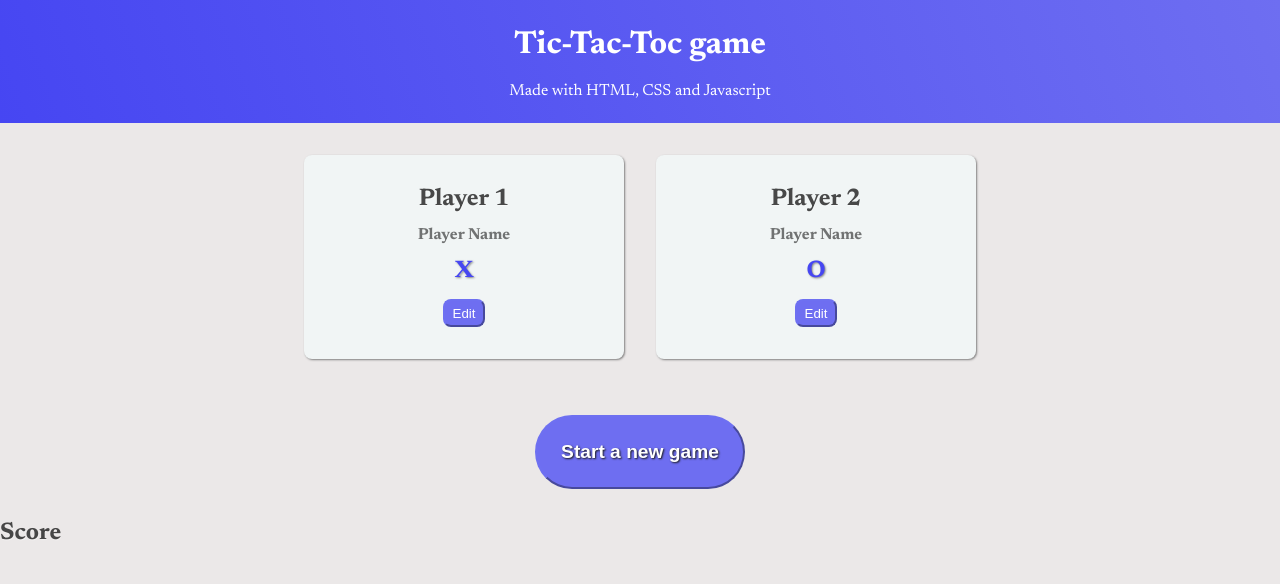
Repository: MicTomm/Tic-tac-toe-game
Page: index.html
An editor plug-in stored every save of this project. The page is shown before and after the next save, followed by the edit.
The browser window is 1280 px wide. The pictures show the whole page.

Above is the page before, as saved 2023-06-26 19:06:44.

### index.html
<!DOCTYPE html>
<html lang="en">

<head>
    <meta charset="UTF-8">
    <meta name="viewport" content="width=device-width, initial-scale=1.0">
    <title>Tic-Tac-Toe</title>
    <link rel="preconnect" href="https://fonts.googleapis.com">
    <link rel="preconnect" href="https://fonts.gstatic.com" crossorigin>
    <link href="https://fonts.googleapis.com/css2?family=Newsreader:wght@400;700&display=swap" rel="stylesheet">
    <link href="/styles/styles.css" rel="stylesheet">
    <link href="/styles/overlay.css" rel="stylesheet">
    <link href="/styles/game-configuration.css" rel="stylesheet">
    <link href="/styles/game-execution.css" rel="stylesheet">
    <script src="/scripts/configuration.js" defer></script>
    <script src="/scripts/game.js" defer></script>
    <script src="/scripts/app.js" defer></script>
</head>

<body>
    <div id="back-drop"></div>
    <header id="main-header">
        <h1>Tic-Tac-Toc game</h1>
        <p>Made with HTML, CSS and Javascript</p>
    </header>
    <main>
        <aside id="aside-container">
            <header id="id=" aside-header>
                <h2>Chose your name</h2>
            </header>
            <form>
                <div id="aside-input-container">
                    <label for="choosing-player-name" id="choosing-player-name-label">Player name</label>
                    <input type="text" id="choosing-player-name" name="player-name" required>
                    <div id = "input-validation-error-container">
                        <svg xmlns="http://www.w3.org/2000/svg" fill="none"
                        viewBox="0 0 24 24" stroke-width="1.5" stroke="currentColor" class="w-6 h-6">
                        <path stroke-linecap="round" stroke-linejoin="round"
                            d="M12 9v3.75m9-.75a9 9 0 11-18 0 9 9 0 0118 0zm-9 3.75h.008v.008H12v-.008z" />
                        </svg>
                        <p id="input-validation-error"></p>
                    </div>

                </div>
                <div id="aside-buttons-container">
                    <button type="button" class="btn alternative-btn" id="cancel-btn">
                        Cancel
                    </button>
                    <button type="submit" class="btn">Confirm</button>
                </div>
            </form>
        </aside>
        <section id="game-configuration">
            <div id="game-configuration-container">
                <article>
                    <div id="player1-container">
                        <h2>Player 1</h2>
                        <p id="player1-name">Player Name</p>
                        <p class="symbol">X</p>
                        <button id="edit-p1-btn" class="btn" data-playerid="1">Edit</button>
                    </div>
                </article>
                <article>
                    <div id="player2-container">
                        <h2>Player 2</h2>
                        <p id="player2-name">Player Name</p>
                        <p class="symbol">O</p>
                        <button id="edit-p2-btn" class="btn" data-playerid="2">Edit</button>
                    </div>
                </article>
            </div>
            <div id="start-game-container">
                <button type="button" id="start-game-btn" class="btn">Start a new game</button>
            </div>
        </section>

        <div id="score-container">
            <h2>Score</h2>
            <div id="p1-score">
                <p><span></span></p>
            </div>
            <div id="p2-score">
                <p><span></span></p>
            </div>
        </div>

        <section id="game-execution">



            <article id="game-over">
                <h2>You won, <span id="winner-player-name">PLAYER NAME</span>!</h2>
                <p>Click the "Start New Game" button above, to start a new game!</p>
            </article>

            <p id="p-turn">It's your turn <span id="active-player-name">PLAYER NAME</span> !</p>
            <ol id="game-board">
                <li value="1"></li>
                <li value="2"></li>
                <li value="3"></li>

                <li value="4"></li>
                <li value="5"></li>
                <li value="6"></li>

                <li value="7"></li>
                <li value="8"></li>
                <li value="9"></li>
            </ol>
        </section>
        </section>
    </main>

</body>

</html>

### styles/styles.css
body {
    margin: 0;
    background-color: rgb(235, 232, 232);
    font-family: 'Newsreader', serif;
    color: rgb(27, 27, 27);
}

h2 {
    margin: 0rem;
    color: rgb(27, 27, 27, 0.8);
    text-shadow: .5px .5px 1px rgba(255, 255, 255, 0.5);
}

#main-header {
    background: linear-gradient(70deg, rgb(70, 70, 242), rgb(110, 110, 241));
    color: white;
    padding: 0.5rem 5%;
    text-align: center;
}

.btn {
    background-color: rgb(110, 110, 241);
    border-color: rgb(110, 112, 241);
    color: white;
    border-radius: 8px;
    padding: 0.3rem 0.5rem;
    cursor: pointer;
}

.alternative-btn {
    background-color: rgb(223, 223, 239);
    border-color: transparent;
    color: rgb(27, 27, 27);
    margin: 0.5rem;
}

.btn:hover {
    background-color: rgb(127, 127, 233);
    box-shadow: 1px 1px 2px rgb(27, 27, 27);
}

.alternative-btn:hover {
    background-color: rgb(210, 210, 235);
    border-color: rgb(205, 205, 233);
}

aside h2,
aside label {
    color: rgb(110, 110, 241);
    text-shadow: .5px .5px 1px rgb(27, 27, 27, 0.5);
}

form label {
    display: block;
    margin-bottom: .5rem;
}

form input {
    padding: .3rem;
    border-color: transparent;
    border-radius: 8px;
    font-family: inherit;
}

form input:hover,
form input:focus {
    outline: rgb(110, 110, 241) auto 1px;
}

form #aside-buttons-container {
    display: flex;
    flex-flow: row;
    justify-content: center;
    align-items: center;
    margin: .5rem;
}

### styles/overlay.css
#aside-container {
text-align: center;
    background-color: rgb(241, 245, 245);
    width: 90%;
    margin: 0rem auto;
    border-radius: .6rem;
    padding: .5rem 0rem;
    position: fixed;
    top: 25%;
    left: 5%;
    display: none;
}

#back-drop {
    background-color: rgba(86, 78, 78, 0.5);
    width: 100%;
    height: 100%;
    position: fixed;
    display: none;
}

aside h2,
aside label {
    color: rgb(110, 110, 241);
    text-shadow: .5px .5px 1px rgb(27, 27, 27, 0.5);
}

form label {
    display: block;
    margin-bottom: .5rem;
}

.choosing-player-name-label-error{
    color: red;
}

form input {
    padding: .3rem;
    border-color: transparent;
    border-radius: 8px;
    font-family: inherit;
    font-weight: 700;
    color: rgb(27, 27, 27, 0.7);
    text-align: center;
    width: 40%;
    margin: .1rem 30%;
}

.choosing-player-name-error{
    border-color:red;
    background-color: rgb(244, 183, 183);
}

form input:hover,
form input:focus {
    outline: rgb(110, 110, 241) auto 1px;
}

form #aside-buttons-container {
    display: flex;
    flex-flow: row;
    justify-content: center;
    align-items: center;
    margin: .5rem;
}

#input-validation-error-container{
    height: 1rem;
    width: 40%;
    margin: .1rem 30%;
    display: none;
    color: red;
}

#input-validation-error{
    font-size: .8rem;
    margin: 0 0 0 .2rem;
    padding-top: 0.2rem;
}

svg{
    height: 1rem;
    width: 1rem;
}

@media (min-width: 48rem) {

    #aside-container {
        position: fixed;
        top: 25%;
        left: calc(50% - 20rem);
        width: 40rem;
    }

}

### styles/game-configuration.css
#game-configuration{
    display: flex;
    flex-flow: column;
    align-items: center;
    margin: 2rem auto;
    width: 90%;
}

#game-configuration-container{
    display: flex;
    flex-flow: row;
    justify-content: center;
    align-items: center;
    margin-bottom: 3.5rem;
}

#player1-container,
#player2-container{
    background-color: rgb(241, 245, 245);
    margin: 0rem 1rem;
    padding: 2rem 0rem;
    display: flex;
    flex-flow: column;
    justify-content: center;
    align-items: center;
    width: 20rem;
    border-radius: 8px;
    box-shadow: 1px 1px 2px rgb(27, 27, 27, 0.5);
}

#game-configuration p{
    color: rgb(27, 27, 27, 0.6);
    font-weight: bold;
}

#game-configuration .symbol{
    margin: 0rem 0rem 1rem 0rem;
    font-weight: 700;
    font-size: 1.5rem;
    color: rgb(70, 70, 242);
    text-shadow: 1px 1px 2px rgb(27, 27, 27, 0.5);
}

#start-game-container{
    display: block;

}

#start-game-btn{
    padding: 1.5rem;
    border-radius: 20rem;
    font-size: 1.2rem;
    font-weight: 700;
    text-shadow: 1px 1px 2px rgb(27, 27, 27);
    cursor: pointer;
}

#start-game-btn:hover{
    background: linear-gradient(70deg, rgb(152, 228, 40), rgb(70, 70, 242));
}

### styles/game-execution.css
#game-execution{
    width: 90%;
    margin: 2rem auto;
    text-align: center;
    display: none;
}

#game-over{
    display: none;
    margin: 0rem auto;
    padding: 1rem;
    background: linear-gradient(70deg, rgb(68, 68, 248), rgb(143, 143, 242));
    border-radius: 10px;
    box-shadow: 1px 1px 2px rgb(27, 27, 27, 0.5);
    max-width: 40rem;
}

#game-over p{
    color: white;
    text-shadow: .5px .5px 1px rgb(27, 27, 27, 0.5);
    font-weight: 400;
}

#p-turn{
    color: rgb(67, 74, 67);
    font-weight: 700;
    font-size: 1.5rem;
    text-shadow: .5px .5px 1px rgb(27, 27, 27, 0.8);
    display: none;
}

#active-player-name{
    color: rgb(38, 177, 38);
}

#game-board{
    display: none;
    justify-content: center;
    grid-template-columns: repeat(3, 6rem); /*lo stesso che scrivere 6rem 6rem 6rem*/
    grid-template-rows: repeat(3, 6rem);
    list-style: none;
    gap: .5rem;
    padding: 0rem;
}

#game-execution li{
    background-color: rgb(143, 143, 242);
    display: flex;
    justify-content: center;
    align-items: center;
    color: rgb(27, 27, 27, 0.5)l;
    font-weight: 700;
    text-shadow: .5px .5px 1px rgb(255, 255, 255, 0.7);
    font-size: 2rem;
    border-radius: 8px;
    cursor: pointer;
}

#game-execution li:hover{
    background-color: rgb(68, 68, 248);
    text-shadow: .5px .5px 1px rgb(27, 27, 27);
    color: white;
}

#game-execution li.disabled{
    background-color: rgb(68, 68, 248);
    text-shadow: .5px .5px 1px rgb(27, 27, 27);
    cursor: default;
    color: white;
}

### scripts/configuration.js
function editPlayerConfiguration(event) {
    /**
     * playerid è un attributo che realizzo nel file .html (data-playerid), per gli elementi edit-p1-btn
     * e edit-p2-btn, al fine di tracciare quale dei due button-edit sto cliccando, ed utilizzarne
     * l'identificativo estrapolato in js.
     *
     * Si possono aggiungere più attributi(proprietà) allo stesso elemento.
     *
     * l'attributo si realizza sempre facendo succedere una o più stringhe di testo alla stringa 'data-'.
     * Bisogna scrivere le stringhe tutto in minuscolo perché, se faccio console.dir(event), facendo
     * drilling fino alla voce target, posso constatare che, anche se scrivo in camelcase, l'attributo
     * viene registrato tutto in lowercase.
     *
     * Se voglio scrivere invece che data-playerid, data-player-id, nel codice js devo poi estrapolarlo come:
     * event.target.dataset['player-id']
     */
    const playerIdSelected = event.target.dataset.playerid;
    playerId = playerIdSelected;

    isNotToCancel = false;

    console.log(players[playerId - 1].name);

    if (players[playerId - 1].name){
        inputValidationInput.value = players[playerId - 1].name;
    } else {
        inputValidationInput.value = '';
    }

    console.log(playerId);


    overlay.style.display = 'block';
    backdrop.style.display = 'block';


}

function cancelPlayerConfiguration() {
    overlay.style.display = 'none';
    backdrop.style.display = 'none';
    removeInputError();

    console.log(isNotToCancel);

    if(!isNotToCancel){
        console.log('to cancel');
        players[playerId - 1].name = '';
        console.log(players[playerId - 1].name);

        if(playerId == players[playerId - 1].id){
            player1Name.textContent = 'Player Name';
        } else {
            player2Name.textContent = 'Player Name';
        }
    }
}

function savePlayerConfig(event) {
    /*
    preventDefault() evita che venga eseguito il comportamento di default quando viene inviato
    il form.
    Tale comportamento consiste nell' inviare una richiesta GET al web server che la processerà,
    nel mio caso il server locale.
    */
    event.preventDefault();

    /*
    event è un oggetto js generato automaticamente dal browser al verificarsi di un evento, e che lo
    descrive.
    Con l'attributo target, si punta direttamente all'elemento HTML che ha generato l'evento.
    In questo caso il form, perché è stato il form ad essere inviato.

    new FormData è una built-in function che è resa disponibile direttamente nel browser in js.
    Con 'new', istanzio un oggetto di tipo FormData, e passandogli come parametro il pointer al form,
    posso estrapolare tutte le informazioni submitted che, in HTML presentano l'ttributo 'name' nel
    rispettivo input-element.
    */
    const formData = new FormData(event.target);
    playerName = formData.get('player-name').trim();
    console.log('Player name: ' + playerName);

    /*  Una stringa vuota è un falsy-value
    Una stringa che ha un valore è un truly-value
    Quindi, sto dicendo: se la stringa non è truly
    */
    if (!playerName) {

        inputValidationLabel.classList.add('choosing-player-name-label-error');
        inputValidationInput.classList.add('choosing-player-name-error');

        inputValidationErrorContainer.style.display = 'flex';
        inputValidationErrorContainer.style.flexFlow = 'row';
        inputValidationErrorContainer.style.justifyContent = 'center';
        inputValidationErrorContainer.style.alignItems = 'center';
        inputValidationErrorParagraph.textContent = 'Please, enter valid a name!';
        return;
    }
    else {
        removeInputError();

        players[playerId - 1].name = playerName;


        if (playerId == 1) {
            player1Name.textContent = playerName;
        } else {
            player2Name.textContent = playerName;
        }

        isNotToCancel = true;

        cancelPlayerConfiguration();
    }

}

function removeInputError() {
    inputValidationErrorContainer.style.display = 'none';
    inputValidationInput.classList.remove('choosing-player-name-error');
    inputValidationLabel.classList.remove('choosing-player-name-label-error');
}

### scripts/game.js
function startNewGame() {
    if (players[0].name === '' || players[1].name === '') {
        alert('Please, set a custom player name');
        return;
    }

    gameExecutionSection.style.display = 'block';
    gameBoard.style.display = 'grid';
    gameOver.style.display = 'none';
    pPlayerTurn.style.display = 'block';
    spanPlayerTurn.textContent = players[activePlayer].name;

    if (isGameEnded) {
        gameOver.style.display = 'none';
        pPlayerTurn.style.display = 'block';

        p1SelectedFieldSet.length = 0;
        p2SelectedFieldSet.length = 0;
        for (const cell of gameBoardCells) {
            cell.classList.remove('disabled');
            cell.textContent = '';
            cell.style.cursor = 'pointer';
            cell.addEventListener('click', fillingCell);
        }
    }

}

function fillingCell(event) {
    event.target.classList.add('disabled');
    event.target.textContent = players[activePlayer].symbol;
    playerTurnCounter++;

    //stabilisco il turno del giocatore
    if (activePlayer === 0) {
        p1SelectedFieldSet.push(event.target.value);

        if (playerTurnCounter >= 5) {

            executingTurns(p1SelectedFieldSet, 0);

        }
        activePlayer = 1;

    } else {
        p2SelectedFieldSet.push(event.target.value);

        if (playerTurnCounter >= 5) {

            executingTurns(p2SelectedFieldSet, 1);

        }

        activePlayer = 0;
    }

    //aggiorno il nome del player per il prossimo turno, e rendo la cella marcata non più cliccabile
    spanPlayerTurn.textContent = players[activePlayer].name;
    event.target.removeEventListener('click', fillingCell);

    console.log(p1SelectedFieldSet);
    console.log(p2SelectedFieldSet);

}

function executingTurns(array, playerIndex) {
    for (const solution in solutions) {
        console.log('solutions: ' + solution);
        matches = 0;
        for (const s of solutions[solution]) {
            console.log('s: ' + s);
            for (const selectedField of array) {

                if (s == selectedField) {
                    matches++;
                    console.log('s: ' + s + ' == selectedField: ' + selectedField);
                    break;
                }

            }
        }
        if (matches == 3) {
            console.log('hai vinto');
            gameOver.style.display = 'block';
            pPlayerTurn.style.display = 'none';
            winnerPlayerName.textContent = players[playerIndex].name;

            for (const cell of gameBoardCells) {
                cell.style.cursor = 'default';
                cell.removeEventListener('click', fillingCell);
            }
            isGameEnded = true;
            return;
        }
    }

}

### scripts/app.js
/*
    E' possibile puntare ad una function presente in una altro file .js
    Affinché ciò sia possibile, bisogna importare nel file .htm prima il file.js in cui è definita la
    function e successivamente il .js in cui la si utilizza.
*/
console.dir(document.body);
let playerId = 0;
let playerName;
let isNotToCancel = false;
let activePlayer = 0;
let playerTurnCounter = 0;
const p1SelectedFieldSet = [];
const p2SelectedFieldSet = [];
let matches = 0;
let isGameEnded = false;

const players = [
    {
        name: '',
        id: 1,
        symbol: 'X'
    },
    {
        name: '',
        id: 2,
        symbol: 'O'
    }
]

const solutions = {
    s1:[1,2,3],
    s2:[4,5,6],
    s3:[7,8,9],
    s4:[1,4,7],
    s5:[2,5,8],
    s6:[3,6,9],
    s7:[1,5,9],
    s8:[3,5,7]
}

const overlay = document.getElementById('aside-container');
const backdrop = document.getElementById('back-drop');

const editP1Btn = document.getElementById('edit-p1-btn');
const editP2Btn = document.getElementById('edit-p2-btn');
const cancelPConfigurationBtn = document.getElementById('cancel-btn');
const startGameBtn = document.getElementById('start-game-btn');

const form = document.querySelector('form');

const inputValidationErrorContainer = document.getElementById('input-validation-error-container');
const inputValidationLabel = document.getElementById('choosing-player-name-label');
const inputValidationInput = document.getElementById('choosing-player-name');
const inputValidationErrorParagraph = document.getElementById('input-validation-error');

const player1Name = document.getElementById('player1-name');
const player2Name = document.getElementById('player2-name');

const gameExecutionSection = document.getElementById('game-execution');
//const gameExecutionSection = document.querySelector('.game-execution');

const gameBoard = document.getElementById('game-board');
const gameBoardCells = document.querySelectorAll('#game-board li');
const pPlayerTurn = document.getElementById('p-turn');
const spanPlayerTurn = document.getElementById('active-player-name');

const gameOver = document.getElementById('game-over');
const winnerPlayerName = document.getElementById('winner-player-name');


editP1Btn.addEventListener('click', editPlayerConfiguration);
editP2Btn.addEventListener('click', editPlayerConfiguration);
cancelPConfigurationBtn.addEventListener('click', cancelPlayerConfiguration);
form.addEventListener('submit', savePlayerConfig);
startGameBtn.addEventListener('click', startNewGame);

for (const cell of gameBoardCells){
    cell.addEventListener('click', fillingCell);
}

After the next save:
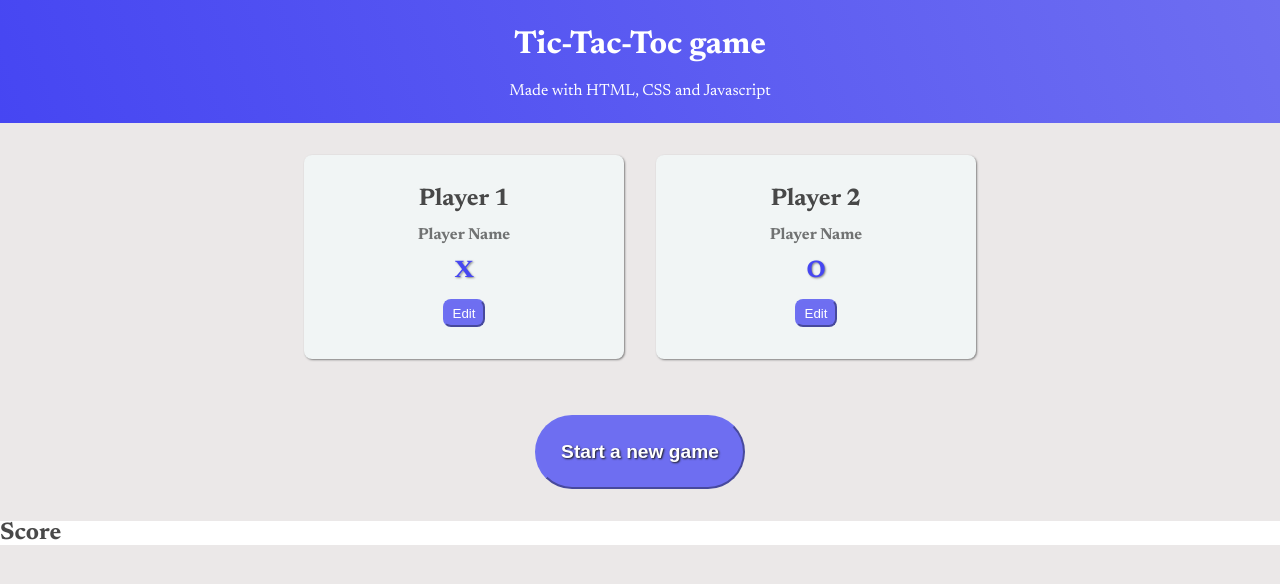
Saved 46 s later.
--- a/styles/game-execution.css
+++ b/styles/game-execution.css
@@ -68,3 +68,7 @@
     cursor: default;
     color: white;
 }
+
+#score-container{
+    background-color: white;
+}
